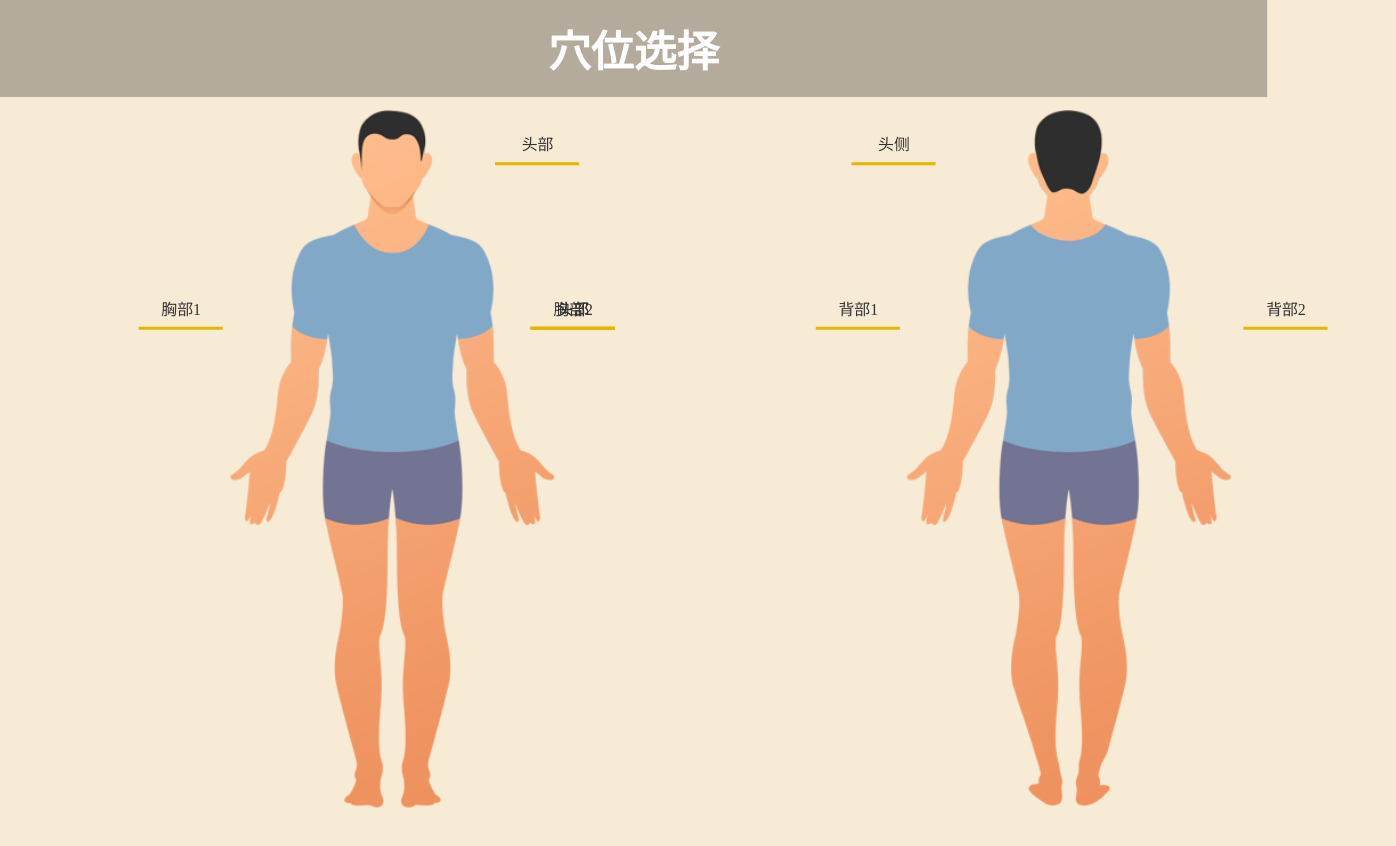
Repository: chjyume/zhongyi
Page: xuewei.html
The author's editor kept a copy of each file at every save. The page is drawn from the files as they stood at one save, then again after the next save.
The browser window is 1280 px wide. The page is 1374 px wide, then 1410 px, then 1374 px, so the pictures cover 1410 px, including what lies to the right of the window. The pictures show the whole page, at 99% of full size.

Above is the page before, as saved 2023-09-12 21:10:12.

After the next save:
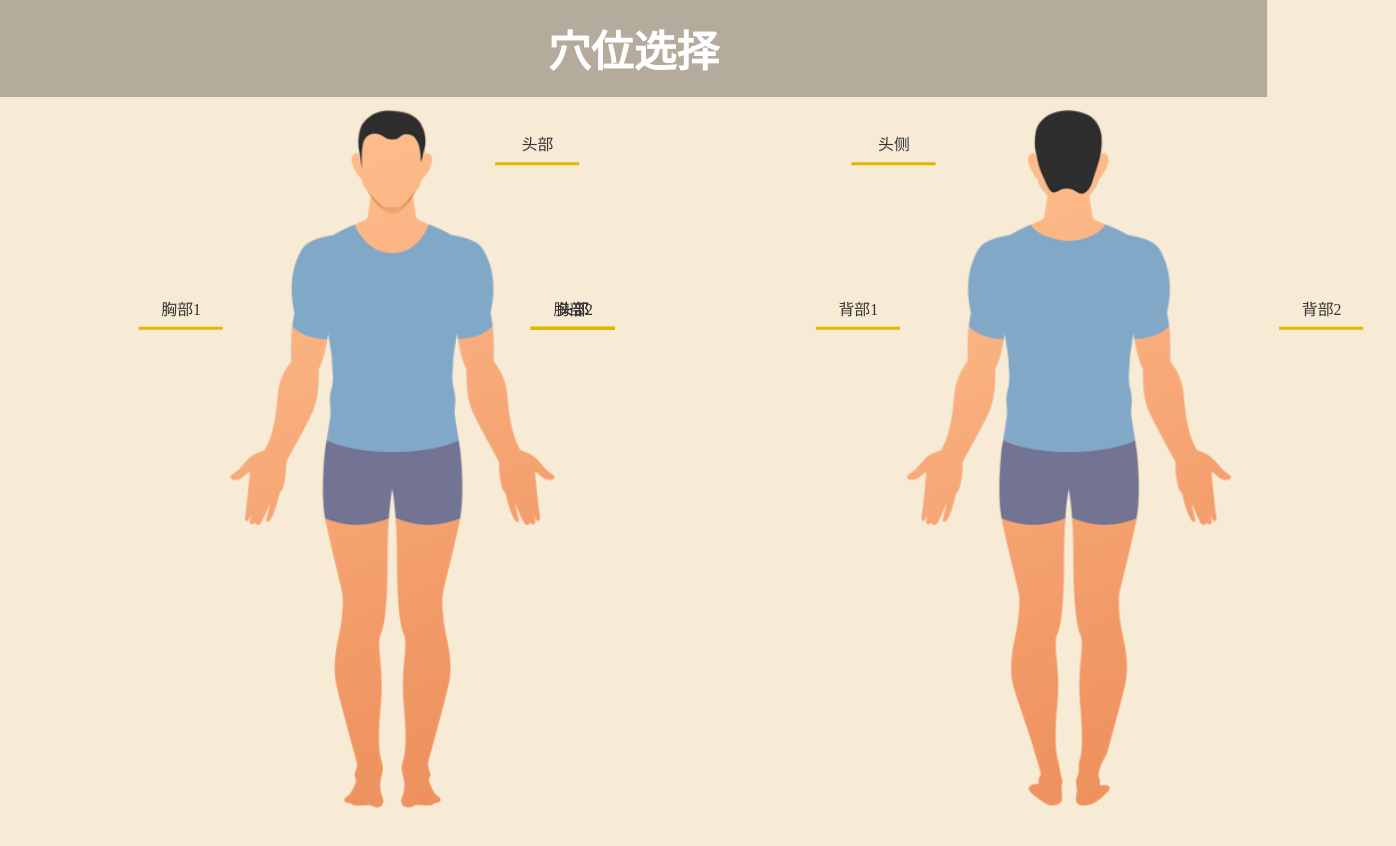
Saved 6 s later.
--- a/css/xuewei.css
+++ b/css/xuewei.css
@@ -62,7 +62,7 @@
 .btn6 {
     position: absolute;
     top: 40vh;
-    left: 170vh;
+    left: 175vh;
 }
 .btn-wrapper {
     z-index: 2;

After the save that followed:
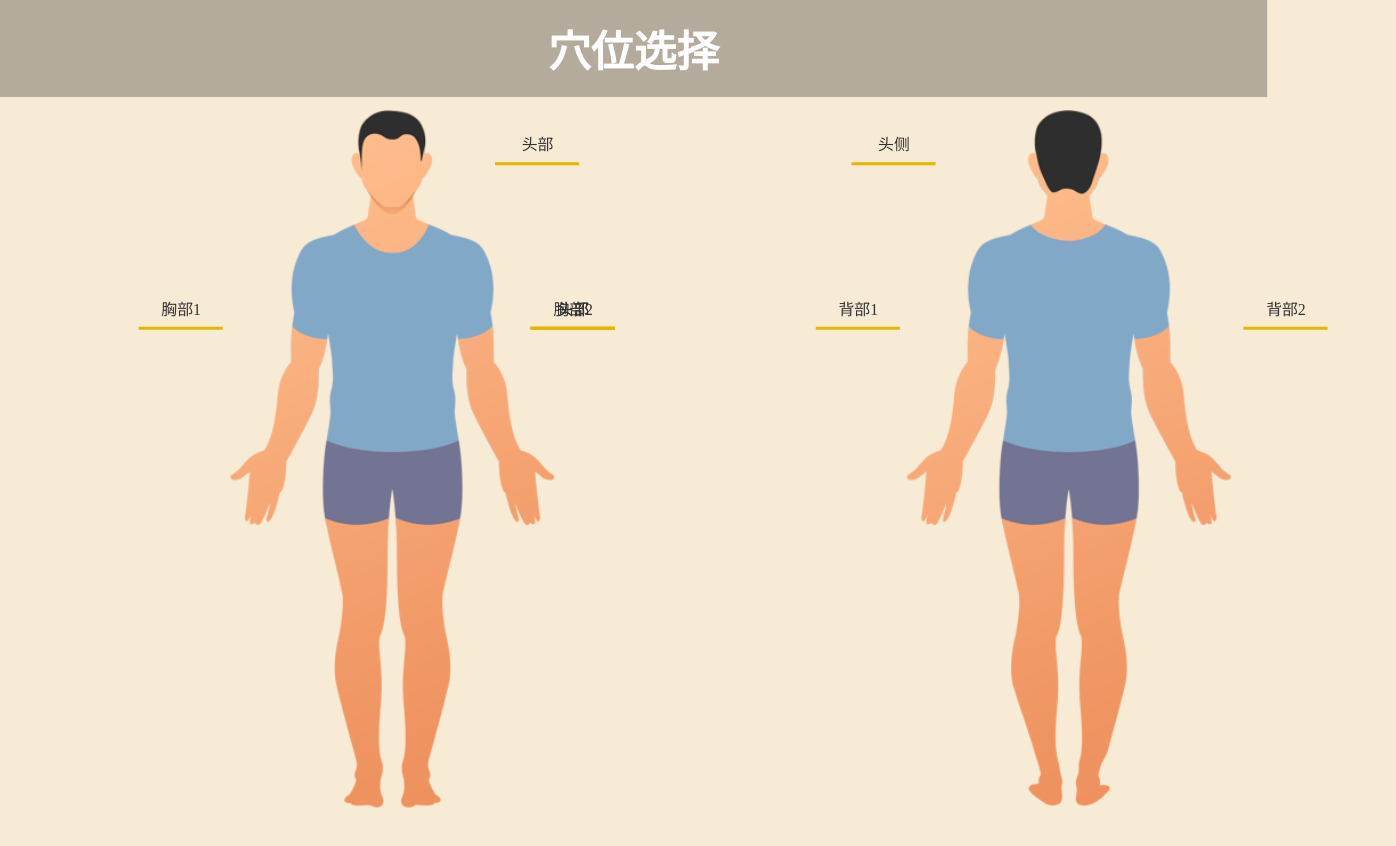
Saved 8 s later.
--- a/css/xuewei.css
+++ b/css/xuewei.css
@@ -62,7 +62,7 @@
 .btn6 {
     position: absolute;
     top: 40vh;
-    left: 175vh;
+    left: 170vh;
 }
 .btn-wrapper {
     z-index: 2;
